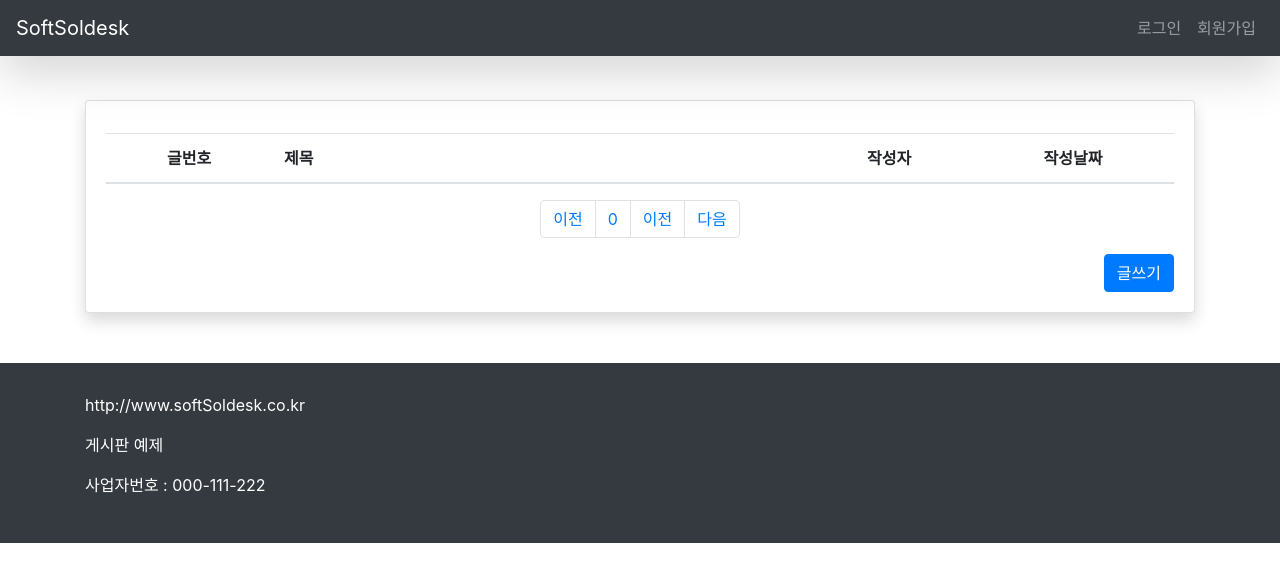
Repository: JunMinki/testGit
Page: http://localhost/BoardProject/WEB-INF/views/board/main.jsp
The author's editor kept a copy of each file at every save. The page is drawn from the files as they stood at one save, then again after the next save.
The browser window is 1280 px wide. The pictures show the whole page.
The page is served by Tomcat 9. Nobody is signed in. The template is opened directly, without the code that normally fills it, so the values that code supplies are empty.

Above is the page before, as saved 2024-08-05 04:06:24.

After the next save:
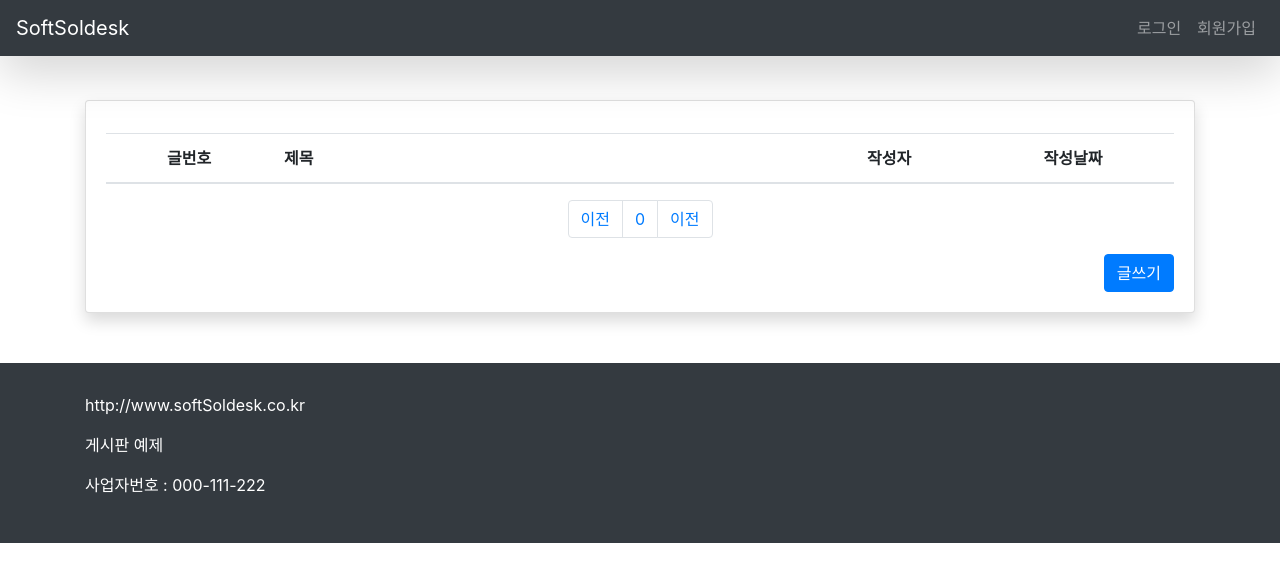
Saved 15 s later.
--- a/BoardProject/src/main/webapp/WEB-INF/views/board/main.jsp
+++ b/BoardProject/src/main/webapp/WEB-INF/views/board/main.jsp
@@ -84,10 +84,6 @@
 									class="page-link">이전</a></li>
 							</c:otherwise>
 						</c:choose>
-
-						<li class="page-item"><a href="#" class="page-link">다음</a></li>
-
-
 					</ul>
 				</div>
 
